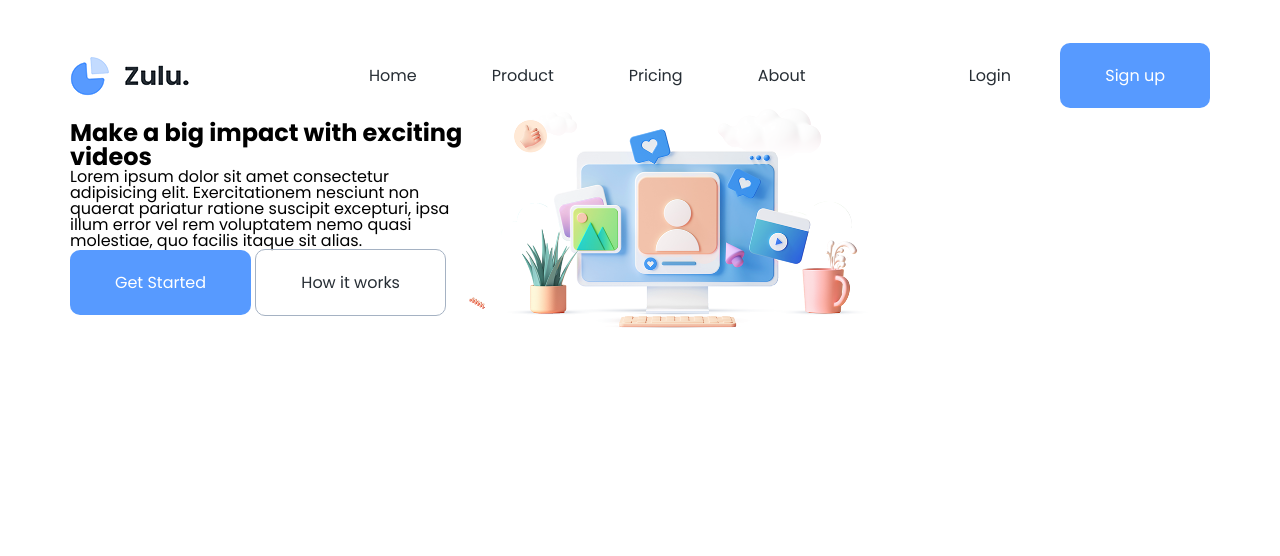
Repository: baodien1405/zulu-landing-page
Page: index.html
These files come from the project's save history. The page is drawn as it stood at one moment and after the next save; the edit follows.
The browser window is 1280 px wide. The pictures show the whole page.
The style sheet was rebuilt from its Sass, Less or Tailwind sources for each picture, by a compiler version that may differ from the author's.

Above is the page before, as saved 2021-06-22 15:47:02.

### index.html
<!DOCTYPE html>
<html lang="en">
<head>
  <meta charset="UTF-8">
  <meta http-equiv="X-UA-Compatible" content="IE=edge">
  <meta name="viewport" content="width=device-width, initial-scale=1.0">
  <link rel="preconnect" href="https://fonts.gstatic.com">
  <link href="https://fonts.googleapis.com/css2?family=Poppins:wght@300;400;600;700&display=swap" rel="stylesheet">
  <link rel="stylesheet" href="./styles.css">
  <title>Zulu</title>
</head>
<body>
  <div class="wrapper">
    <div class="container">
      <header class="header">
        <a href="index.html" class="header-logo">
          <img src="/images/logo.png" alt="" class="header-logo-image">
        </a>
        <ul class="header-menu">
          <li class="header-menu-item">
            <a href="#" class="header-menu-link">Home</a>
          </li>
          <li class="header-menu-item">
            <a href="#" class="header-menu-link">Product</a>
          </li>
          <li class="header-menu-item">
            <a href="#" class="header-menu-link">Pricing</a>
          </li>
          <li class="header-menu-item">
            <a href="#" class="header-menu-link">About</a>
          </li>
        </ul>
        <div class="header-auth">
          <a href="#" class="button">Login</a>
          <a href="#" class="button button--primary">Sign up</a>
        </div>
      </header>

      <section class="banner">
        <div class="banner-info">
          <h1 class="banner-heading">
            Make a big impact with exciting videos
          </h1>
          <p class="banner-desc">
            Lorem ipsum dolor sit amet consectetur adipisicing elit. Exercitationem nesciunt non quaerat pariatur ratione suscipit excepturi, ipsa illum error vel rem voluptatem nemo quasi molestiae, quo facilis itaque sit alias.
          </p>
          <div class="banner-links">
            <a href="#" class="button button--primary">Get Started</a>
            <a href="#" class="button button--outline">How it works</a>
          </div>
        </div>
        <img src="./images/img1.png" alt="" class="banner-image">
      </section>
    </div>
  </div>
</body>
</html>

### styles.scss
@import "variables";
@import "global";
@import "header";
@import "banner";

### _variables.scss
$gray-dark: #272e35;
$gray-blur: #a5b2c3;
$primary-color: #579aff;

### _global.scss
* {
  margin: 0;
  padding: 0;
  box-sizing: border-box;
}

body {
  overflow-x: hidden;
}

img {
  display: block;
  max-width: 100%;
}

a {
  text-decoration: none;
}

body {
  font-family: "Poppins", sans-serif;
  font-size: 16px;
  line-height: 1;
  background-color: #fff;
}

.wrapper {
  max-width: 1440px;
  margin: 0 auto;
}

.container {
  max-width: 1170px;
  padding: 0 15px;
  margin: 0 auto;
}

.button {
  display: inline-block;
  font-size: 16px;
  padding: 20px 45px;
  color: $gray-dark;
  background-color: transparent;
  border-radius: 10px;
  line-height: normal;
  &--primary {
    color: #fff;
    background-color: $primary-color;
  }
  &--outline {
    border: 1px solid $gray-blur;
  }
}

### _header.scss
.header {
  padding-top: 43px;
  display: flex;
  align-items: center;

  &-logo {
    display: block;
    margin-right: 180px;
  }

  &-menu {
    display: flex;
    align-items: center;
    list-style: none;

    &-item:not(:first-child) {
      margin-left: 75px;
    }

    &-link {
      color: $gray-dark;
      transition: color 0.2s ease-in-out;
      &:hover {
        color: $primary-color;
      }
    }
  }

  &-auth {
    margin-left: auto;
  }
}

### _banner.scss
.banner {
  display: flex;
  align-items: center;

  &-info {
    width: 35%;
  }

  &-image {
    width: 35%;
  }
}

After the next save:
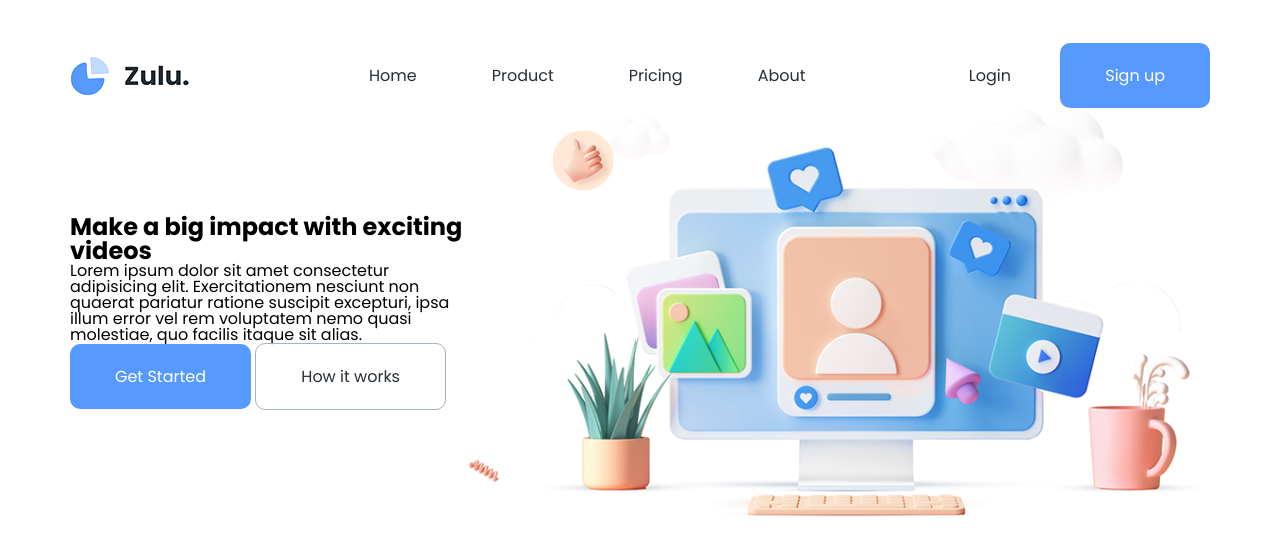
Saved 4 s later.
--- a/_banner.scss
+++ b/_banner.scss
@@ -7,6 +7,6 @@
   }
 
   &-image {
-    width: 35%;
+    width: 65%;
   }
 }
